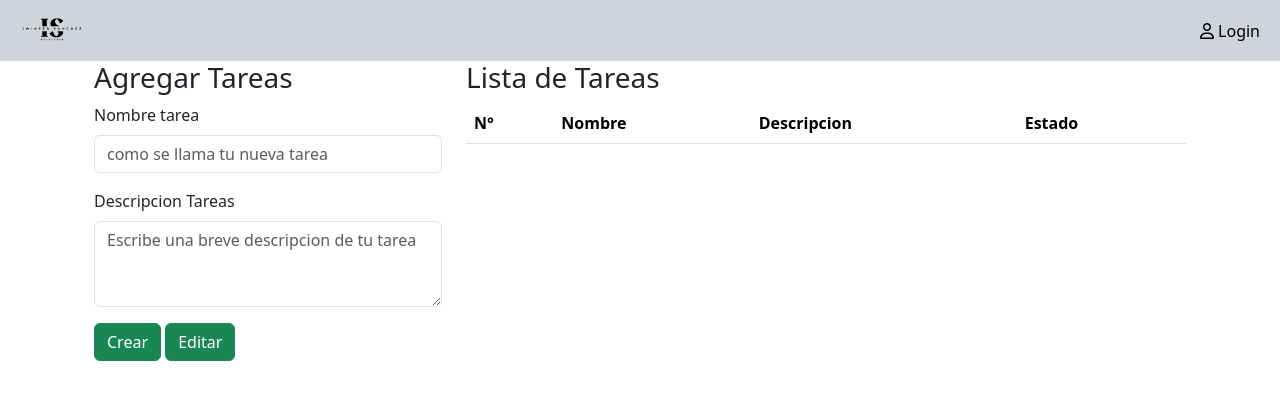
Repository: iwinser117/lista-Tareas
Page: src/public/index.html
An editor plug-in stored every save of this project. The page is shown before and after the next save, followed by the edit.
The browser window is 1280 px wide. The pictures show the whole page.
The page's requests for data from a server got no answer. Some web libraries are served in a nearby version.

Above is the page before, as saved 2023-01-05 08:32:12.

### src/public/index.html
<!DOCTYPE html>
<html lang="en">
  <head>
    <meta charset="UTF-8" />
    <meta http-equiv="X-UA-Compatible" content="IE=edge" />
    <meta name="viewport" content="width=device-width, initial-scale=1.0" />
    <script
      src="https://kit.fontawesome.com/1e68ffedd1.js"
      crossorigin="anonymous"
    ></script>
    <link
      href="https://cdn.jsdelivr.net/npm/bootstrap@5.3.0-alpha1/dist/css/bootstrap.min.css"
      rel="stylesheet"
      integrity="sha384-GLhlTQ8iRABdZLl6O3oVMWSktQOp6b7In1Zl3/Jr59b6EGGoI1aFkw7cmDA6j6gD"
      crossorigin="anonymous"
    />
    <script
      src="https://cdn.jsdelivr.net/npm/bootstrap@5.3.0-alpha1/dist/js/bootstrap.bundle.min.js"
      integrity="sha384-w76AqPfDkMBDXo30jS1Sgez6pr3x5MlQ1ZAGC+nuZB+EYdgRZgiwxhTBTkF7CXvN"
      crossorigin="anonymous"
    ></script>
    <title>Lista de Tareas</title>
  </head>
  <body>
    <div class="container-fliud" >
      <nav class="navbar navbar-expand-lg bg-body-tertiary bg-dark-subtle">
        <div class="container-fluid">
          <a class="navbar-brand">
            <img
              src="../assets/ok.svg"
              alt="Bootstrap"
              width="80"
              height="35"
            />
          </a>
          <button
            class="navbar-toggler"
            type="button"
            data-bs-toggle="collapse"
            data-bs-target="#navbarNavAltMarkup"
            aria-controls="navbarNavAltMarkup"
            aria-expanded="false"
            aria-label="Toggle navigation"
          >
            <span class="navbar-toggler-icon"></span>
          </button>
          <div
            class="collapse navbar-collapse justify-content-end"
            id="navbarNavAltMarkup"
          >
            <div class="navbar-nav">
              <!-- <a class="nav-link" href="#">Features</a>
            <a class="nav-link" href="#">Pricing</a> -->
              <a class="nav-link active" aria-current="page" href="#"
                ><i class="fa-regular fa-user"></i> Login</a
              >
              <!-- <a class="nav-link disabled">Disabled</a> -->
            </div>
          </div>
        </div>
      </nav>

      <div class="container-md row  m-auto">
        <section class="col-sm-4 container w-30">
        <div>
          <h3>Agregar Tareas</h3>
          <div class="mb-3">
            <label for="nameTarea" class="form-label">Nombre tarea</label>
            <input
              type="text"
              id="nameTarea"
              placeholder="como se llama tu nueva tarea"
              class="form-control"

            />
          </div>
          <div class="mb-3">
            <label for="descripcionTarea" class="form-label"
              >Descripcion Tareas</label
            >
            <textarea

              class="form-control "
              id="descripcionTarea"
              rows="3"
              placeholder="Escribe una breve descripcion de tu tarea"
            ></textarea>
          </div>

          <button type="submit" id="button-form" class="btn btn-success">
            Crear
          </button>
          <button style="displ" id="button-actualizar" onclick="actualizarDatos()" class="btn btn-success">
            Editar
          </button>
        </div>
      </section>
      <section class=" col-sm-8 container w-70">
        <h3>Lista de Tareas</h3>
        <table class="table">
          <thead>
            <tr id="miapp" >
              <th scope="col">N°</th>
              <th scope="col">Nombre</th>
              <th scope="col">Descripcion</th>
              <th scope="col">Estado</th>
            </tr>
          </thead>
          <tbody id="contenido">

            </tr>
          </tbody>
        </table>
      </section>
      </div>
    </div>
    <script src="../ftn/listar.js"></script>
    <script src="../ftn/metods.js"></script>
  </body>
</html>

### src/ftn/listar.js
const contenido = document.getElementById("contenido");
let idVariable = "";
async function misDatos(data) {
  contenido.innerHTML = "";
  await data.map((item, index) => {
    contenido.innerHTML += `
            <tr>
              <th class="index">${index + 1}</th>
              <td >${item.name}</td>
              <td>${item.descripcion}</td>
              <td>
                ${item.statusTarea ? "pendiente" : "hecho"}
              </td>
              <td onclick ="deleteTask('${item._id}')">
                <button  id="eliminarBtn" class="btn btn-danger">
                  <i class="fa-solid fa-trash-can"></i>
                </button>
              </td>

          ${
            item.statusTarea
              ? `<td onclick ="editar('${item._id}', '${item.name}','${item.descripcion}')">
                  <button   class="btn btn-warning">
                    <i class="fa-regular fa-pen-to-square"></i>
                  </button>
              </td>`
              : null
          }
          `;
  });
}

function editar(id, n, d) {
  idVariable = id;
  inputName.value = n;
  inputDescripcion.value = d;
}

const actualizarDatos = () => {
  const name = inputName.value;
  const descripcion = inputDescripcion.value;
  fetch(`http://localhost:3000/api/tareas/${idVariable}`, {
    method: "PUT",
    headers: {
      "Content-type": "application/json",
    },
    body: JSON.stringify({
      name,
      descripcion,
    }),
  })
    .then(console.log("Editado..."))
    .then(getDatos);

  inputName.value = null;
  inputDescripcion.value = null;
  idVariable = "";
};

### src/ftn/metods.js
document.addEventListener("DOMContentLoaded", () => {
  getDatos();
});
const actualizarBtn = document.getElementById("button-actualizar");
const buttonCrear = document.getElementById("button-form");
const inputName = document.getElementById("nameTarea");
const inputDescripcion = document.getElementById("descripcionTarea");

const getDatos = async () => {
  const response = await fetch("http://localhost:3000/api/tareas");
  const data = await response.json();
  misDatos(data);
  return data;
  /* .then((response) => response.json())
    .then((data) => {
       misDatos(data);
    }); */
};
getDatos();

buttonCrear.addEventListener("click", async (e) => {
  const name = inputName.value;
  const descripcion = inputDescripcion.value;
  const enviarDatos = () => {
    fetch("http://localhost:3000/api/tareas", {
      method: "POST",
      headers: {
        "Content-type": "application/json",
      },
      body: JSON.stringify({
        name,
        descripcion,
      }),
    })
      .then(console.log("creado con exito"))
      .then(getDatos);
  };
  enviarDatos();
  inputName.value = "";
  inputDescripcion.value = "";
});


async function deleteTask(id) {
  const response = await fetch(`http://localhost:3000/api/tareas/${id}`, {
    method: "DELETE",
  }).then(getDatos);
  if (response) {
    console.log(`efectivo el delete de ${id}`);
  } else {
    console.log("error en el delete");
  }
}

After the next save:
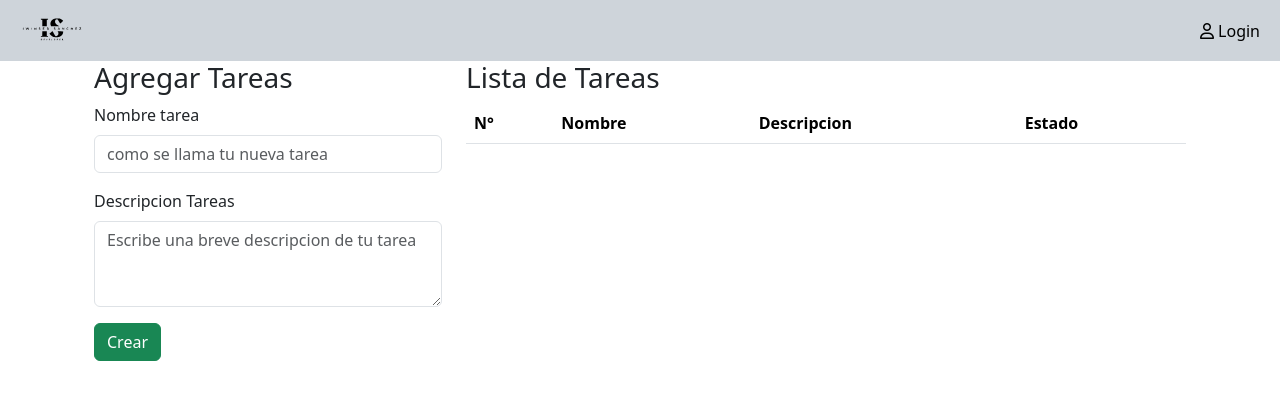
Saved 5 s later.
--- a/src/public/index.html
+++ b/src/public/index.html
@@ -90,7 +90,7 @@
           <button type="submit" id="button-form" class="btn btn-success">
             Crear
           </button>
-          <button style="displ" id="button-actualizar" onclick="actualizarDatos()" class="btn btn-success">
+          <button style="display:none" id="button-actualizar" onclick="actualizarDatos()" class="btn btn-success">
             Editar
           </button>
         </div>
